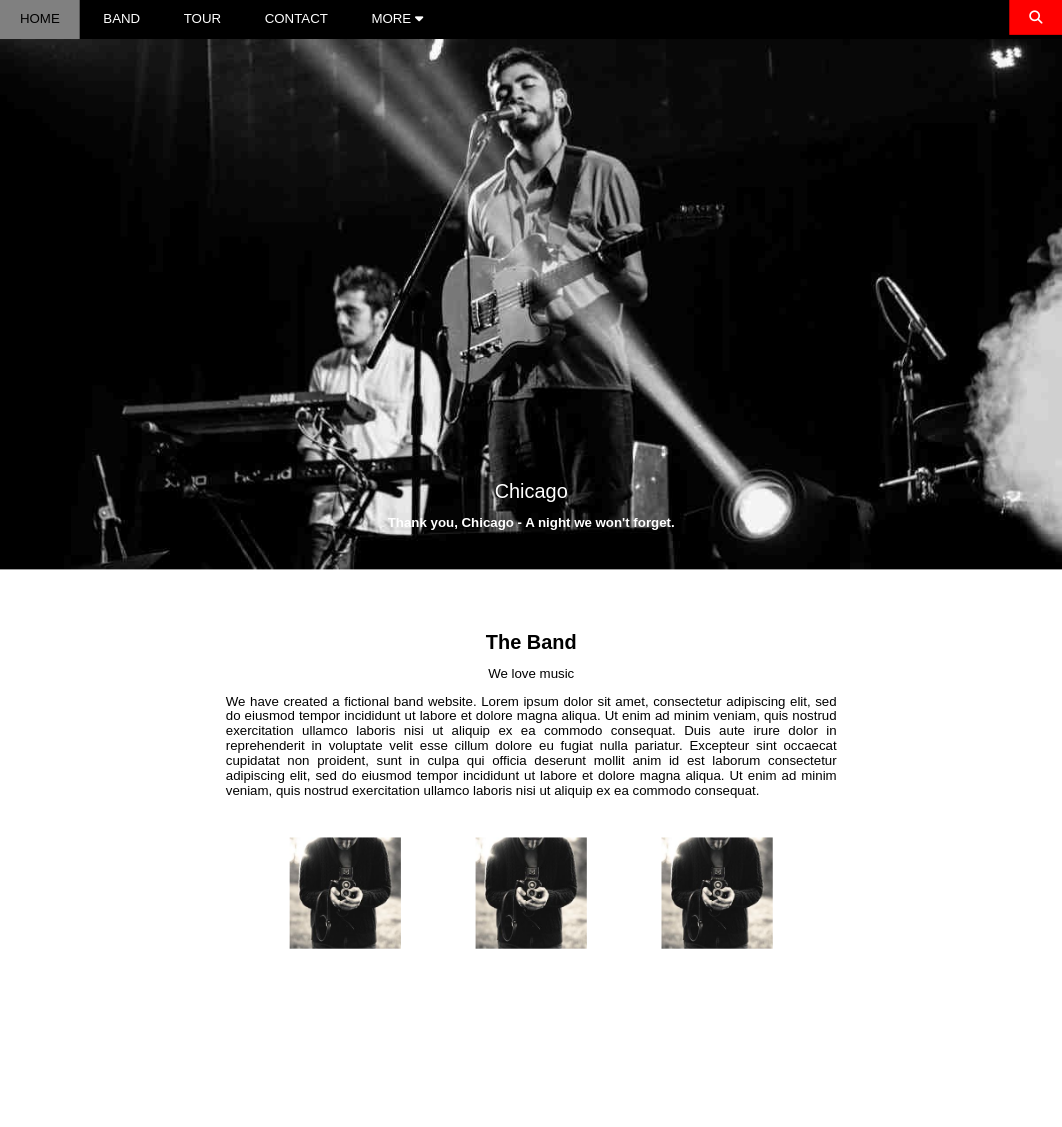
Repository: ngotranphuongbao/theband
Page: index.html
The author's editor kept a copy of each file at every save. The page is drawn from the files as they stood at one save, then again after the next save.
The browser window is 1280 px wide. The pictures show the whole page, at 83% of full size.
Some web libraries are served in a nearby version.

Above is the page before, as saved 2022-12-21 21:49:02.

### index.html
<!DOCTYPE html>
<html lang="en">
<head>
    <meta charset="UTF-8">
    <meta http-equiv="X-UA-Compatible" content="IE=edge">
    <meta name="viewport" content="width=device-width, initial-scale=1.0">
    <title>Document</title>
    <link rel="stylesheet" href="./assets/css/style.css">
    <script src="https://kit.fontawesome.com/55a0c61423.js" crossorigin="anonymous"></script>
</head>
<body>
    <div id="main">
        <div id="header">
            <ul id="nav">
                <li><a href="">Home</a></li>
                <li><a href="">Band</a></li>
                <li><a href="">Tour</a></li>
                <li><a href="">Contact</a></li>
                <li>
                    <a href="">
                        More
                        <i class="fa fa-caret-down"></i>
                    </a>
                    <ul id="subnav">
                        <li><a href="">Merchandise</a></li>
                        <li><a href="">Extras</a></li>
                        <li><a href="">Media</a></li>
                    </ul>
                </li>
            </ul>
            <div id="search">
                <i class="fa fa-search"></i>
            </div>
        </div>

        <div id="slider">
            <div id="slider-caption">
                <h3>Chicago</h3>
                <p><b>Thank you, Chicago - A night we won't forget.</b></p>
            </div>

        </div>

        <div id="content">
            <div id="the-band">
                <div id="the-band-main">
                    <h2 class="content-title">The Band</h2>
                    <p class="content-subtitle">We love music</p>
                    <p id="describe">We have created a fictional band website. Lorem ipsum dolor sit amet, consectetur adipiscing elit, sed do eiusmod tempor incididunt ut labore et dolore magna aliqua. Ut enim ad minim veniam, quis nostrud exercitation ullamco laboris nisi ut aliquip ex ea commodo consequat. Duis aute irure dolor in reprehenderit in voluptate velit esse cillum dolore eu fugiat nulla pariatur. Excepteur sint occaecat cupidatat non proident, sunt in culpa qui officia deserunt mollit anim id est laborum consectetur adipiscing elit, sed do eiusmod tempor incididunt ut labore et dolore magna aliqua. Ut enim ad minim veniam, quis nostrud exercitation ullamco laboris nisi ut aliquip ex ea commodo consequat.</p>
                    <div id="member">
                        <div class="member-info">
                            <p class="member-name"></p>
                            <img src="/assets/image/member/bandmember.jpg" alt="" class="member-photo">
                        </div>

                        <div class="member-info">
                            <p class="member-name"></p>
                            <img src="/assets/image/member/bandmember.jpg" alt="" class="member-photo">
                        </div>

                        <div class="member-info">
                            <p class="member-name"></p>
                            <img src="/assets/image/member/bandmember.jpg" alt="" class="member-photo">
                        </div>
                    </div>
                </div>
            </div>

            <div id="tour-dates">


            </div>

            <div id="contact">

            </div>

            <div id="picture">

            </div>

        </div>

        <div id="footer">

        </div>
    </div>

</body>
</html>

### assets/css/style.css
* {
    padding: 0px;
    margin: 0px;
    box-sizing: border-box;
}

html {
    font-family: Arial, Helvetica, sans-serif;
}

#main {

}

#header {
    height: 46.5px;
    background-color: black;
    position: fixed;
    top: 0px;
    left: 0px;
    right: 0px;
    z-index: 1;
}

#nav {
    display: inline-block;
}
#nav > li {
    display: inline-block;
    padding: 12px 24px;
    position: relative;
}

#nav > li > a {
    line-height: 22.5px;
    text-decoration: none;
    text-transform: uppercase;
    color: white;
}

#nav > li:hover {
    background-color: grey;
}

#nav > li:hover > a {
    color: black;
}

#subnav {
    display: none;
    position: absolute;
    top: 45px;
    left: 0px;
    box-shadow: 0px 0px 10px rgba(0, 0, 0, 0.3);
    background-color: white;
}

#subnav > li {
    display: block;
    width: 160px;
    height: 38.5px;
    padding: 8px 16px;
}

#subnav > li:hover {
    background-color: grey;
}

#nav > li:hover > #subnav {
    display: block;
}

#subnav > li > a {
    text-decoration: none;
    color: black;
}

.fa-caret-down {
    width: 8.575px;
    height: 15px;
}

#search {
    float: right;
    padding: 12px 24px;
    background-color: red;
    cursor: pointer;
}

.fa-search {
    line-height: 22.5px;
    color: white;
}
#slider {
    margin-top: 45.6px;
    padding-top: 50%;
    background: url(/assets/image/slider/chicago.jpg) top center / cover no-repeat;
    position: relative;
}

#slider-caption {
    position: absolute;
    bottom: 32px;
    width: 100%;
    text-align: center;
}

#slider-caption > p {
    margin: 15px;
    color: white;
}

#slider-caption > h3 {
    margin-bottom: 10px;
    color: white;
    font-weight: 400;
    font-size: 24px;
}


#content {

}

#the-band {
    height: 672px;

}

#the-band-main {
    width: 768px;
    height: 100%;
    padding: 64px 16px;
    margin: auto;
}

.content-title {
    text-align: center;
    margin: 10px;
}

.content-subtitle {
    text-align: center;
    margin: 15px;
}

#describe {
    text-align: justify;
    margin-bottom: 15px;

}

#member {
    height: 286px;
    padding: 32px;
    text-align: center;
}

.member-info {
    display: inline-block;
    width: calc(100%/3);
    float: left;
}

.member-photo {
    width: 60%;
}

#member-

#footer {

}

After the next save:
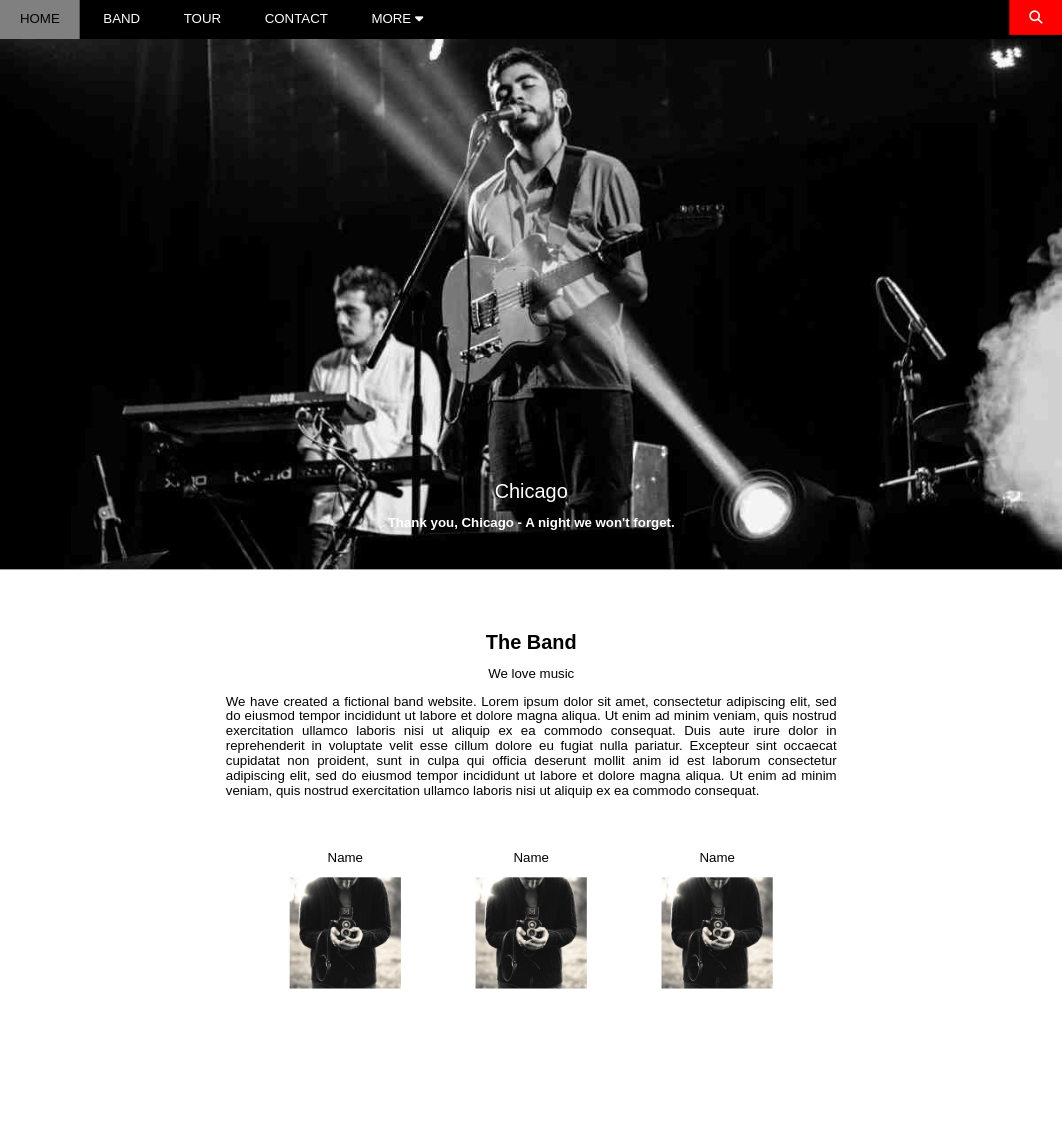
Saved 90 s later.
--- a/index.html
+++ b/index.html
@@ -49,17 +49,17 @@
                     <p id="describe">We have created a fictional band website. Lorem ipsum dolor sit amet, consectetur adipiscing elit, sed do eiusmod tempor incididunt ut labore et dolore magna aliqua. Ut enim ad minim veniam, quis nostrud exercitation ullamco laboris nisi ut aliquip ex ea commodo consequat. Duis aute irure dolor in reprehenderit in voluptate velit esse cillum dolore eu fugiat nulla pariatur. Excepteur sint occaecat cupidatat non proident, sunt in culpa qui officia deserunt mollit anim id est laborum consectetur adipiscing elit, sed do eiusmod tempor incididunt ut labore et dolore magna aliqua. Ut enim ad minim veniam, quis nostrud exercitation ullamco laboris nisi ut aliquip ex ea commodo consequat.</p>
                     <div id="member">
                         <div class="member-info">
-                            <p class="member-name"></p>
+                            <p class="member-name">Name</p>
                             <img src="/assets/image/member/bandmember.jpg" alt="" class="member-photo">
                         </div>
 
                         <div class="member-info">
-                            <p class="member-name"></p>
+                            <p class="member-name">Name</p>
                             <img src="/assets/image/member/bandmember.jpg" alt="" class="member-photo">
                         </div>
 
                         <div class="member-info">
-                            <p class="member-name"></p>
+                            <p class="member-name">Name</p>
                             <img src="/assets/image/member/bandmember.jpg" alt="" class="member-photo">
                         </div>
                     </div>
--- a/assets/css/style.css
+++ b/assets/css/style.css
@@ -164,6 +164,11 @@ html {
 
 .member-photo {
     width: 60%;
+    margin-bottom: 16px;
+}
+
+.member-name {
+    margin: 15px;
 }
 
 #member-
